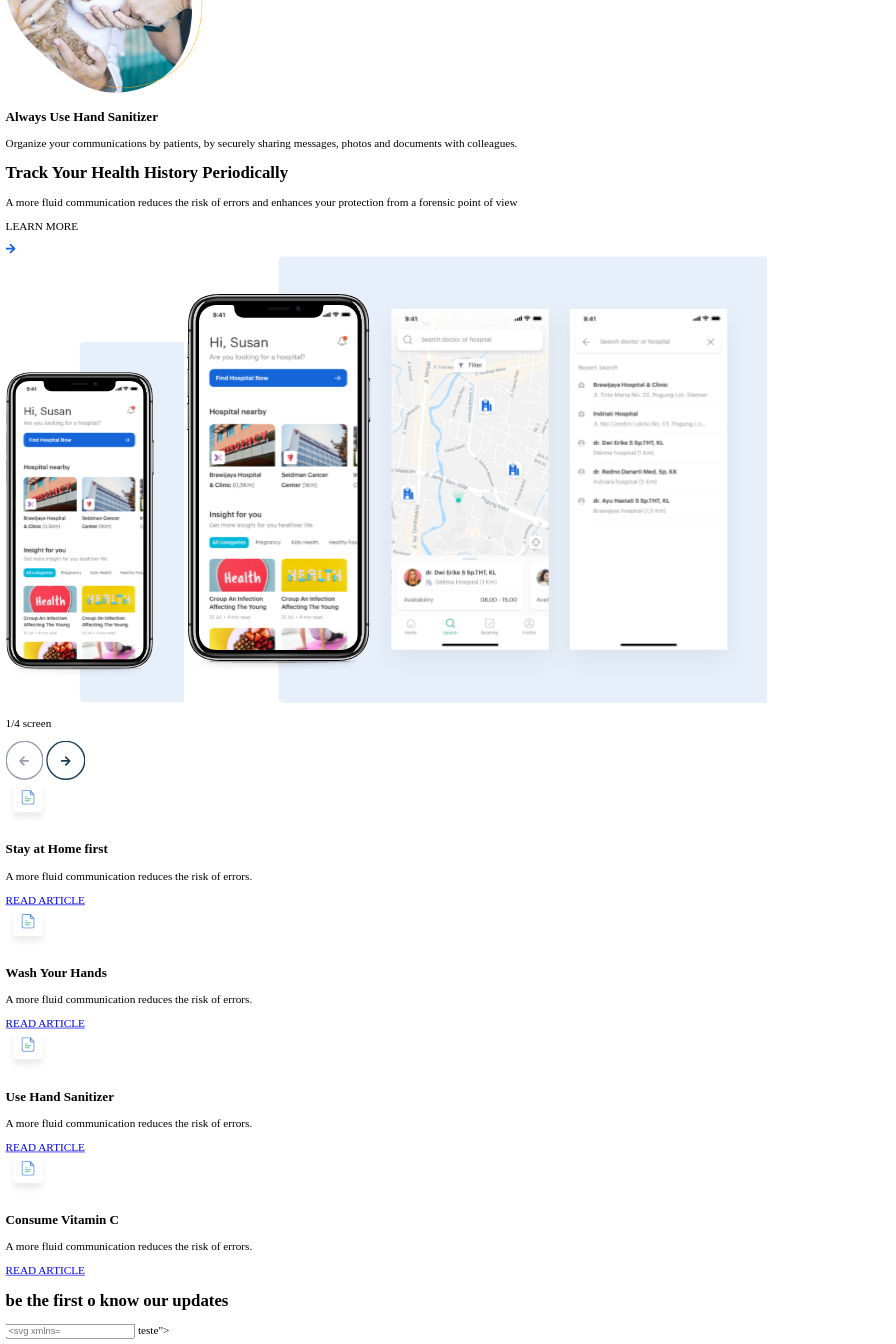
Repository: Esttevo/prova-html-css
Page: index.html
The author's editor kept a copy of each file at every save. The page is drawn from the files as they stood at one save, then again after the next save.
The browser window is 1280 px wide. The pictures show the part of the page from y = 3453 to 5373 px (the page is 5373 px tall before and 5370 px after), at 70% of full size.
A picture or video elsewhere on the page could not be fetched, so the positions and the page height are approximate.

Above is the page before, as saved 2026-08-31 18:36:34.

### index.html
<!DOCTYPE html>
<html lang="en">
<head>
    <meta charset="UTF-8">
    <meta name="viewport" content="width=device-width, initial-scale=1.0">
    <title>Document</title>
</head>
<body>
    <header>
        <img id="header-logo" src="img/icons/Logo.svg" alt="Logo escrita EHYA">

        <nav id="header-nav">
            <a class="no-chevron" href="#">Home</a>
            <a class="with-chevron" href="#">
                Landings
                <img src="img/icons/icon-chevron-down.svg" alt="indica que possui uma lista ao clicar">
            </a>
            <a class="with-chevron" href="#">
                Pages
                <img src="img/icons/icon-chevron-down.svg" alt="indica que possui uma lista ao clicar">
            </a>
            <a href="#">Docs</a>
            <a href="#">Help</a>
            <button>Get it now</button>
        </nav>

        <img src="img/icons/icon-menu-hamburger.svg" alt="Menu hamburger">
    </header>

    <main>
        <section id="section-hero">
            <div id="hero-text">
                <div class="estilization-bar"></div>

                <h4>
                    Changing the way you
                    go to healthcare
                </h4>

                <h1>
                    Primary Care
                    Designed for
                    Real Life
                </h1>

                <p>
                 Discuss patients,
                 share notes and documents
                 in a secure manner and be part
                 of a network of health professionals ready to
                 collaborate better.
                </p>

                <div id="subscribe">
                    <p id="email">
                        name@youremail.com
                    </p>

                    <button>
                        Subscribe
                    </button>
                </div>
            </div>
            <img src="img/image-hero.png" alt="4 medicos sorrindo e uma medica sobrepondo os 4">
        </section>

        <section id="section-connect">
            <div id="connect-tittle-subtittle">
                <h2>
                    Connect easily. Collaborate efficiently.
                </h2>

                 <p>
                    Rather than do things the
                    ypical way, we’ve created
                    a membership-based primary
                    care practice truly designed
                    around your needs.
                </p>
            </div>

           <img src="img/Dashboard.svg" alt="dashboard de exemplo de um sistema de agendamento">

           <div id="first-card-advantages">
                <h2>01</h2>
                <h3>For Doctor</h3>
                <p>
                    You get an in-house
                    team to guide and advocate
                    for you through questions
                </p>
           </div>

           <div id="second-card-advantages">
                <h2>02</h2>
                <h3>For Patient</h3>
                <p>
                    You get an in-house
                    team to guide and advocate
                    for you through questions
                </p>
           </div>

           <div id="third-card-advantages">
                <h2>03</h2>
                <h3>For Clinician</h3>
                <p>
                    You get an in-house
                    team to guide and advocate
                    for you through questions
                </p>
           </div>
        </section>

        <section id="section-protect">
            <h2>
                Protect yourself and your family first.
            </h2>

            <div id="protect-content-tips">
                <div class="content-tips-card">
                    <img src="img/icons/icon-house.svg" alt="Casa">

                    <h3>
                        Stay at Home first
                    </h3>

                    <p>
                        Our technology makes
                        it practically impossible
                        for any patient data breach to occur
                    </p>
                </div>

                <div class="content-tips-card">
                    <img src="img/icons/icon-hand.svg" alt="Lavando a mao">

                    <h3>
                        Wash Your Hands Periodically
                    </h3>

                    <p>
                        You can talk freely and confidently
                        about patients with other health professionals
                         treating them
                    </p>
                </div>

                <div class="content-tips-card">
                    <img src="img/icons/icon-remedy.svg" alt="pilula de remedio">

                    <h3>
                        Consume more Vitamin C
                    </h3>

                    <p>
                        A more fluid communication reduces
                        the risk of errors and enhances your
                        protection from a forensic point of view
                    </p>
                </div>

                <div class="content-tips-card">
                    <img src="img/icons/icon-medicament.svg" alt="Caixa de remedio">

                    <h3>
                        Always Use Hand Sanitizer
                    </h3>

                    <p>
                        Organize your communications
                        by patients, by securely sharing
                        messages, photos and documents
                        with colleagues.
                    </p>
                </div>
            </div>
        </section>

        <section id="section-modern">
            <h2>
                Modern clinics.
                Smart, hassle
                -free care.
            </h2>

            <div id="first-and-second-content">
                <div class="modern-content-img-text">
                    <img src="img/image-medic.svg" alt="equipamentos de medico">
                    <h3>
                        Consume more Vitamin C
                    </h3>

                    <p>
                        A more fluid communication reduces
                        the risk of errors and enhances your
                        protection from a forensic point of view
                    </p>
                </div>

                <div class="modern-content-img-text">
                    <img src="img/image-kid.png" alt="Criança caminhando de mão dada">
                    <h3>
                        Wash Your Hands Periodically
                    </h3>

                    <p>
                        You can talk freely and confidently
                        about patients with other health professionals
                         treating them
                    </p>
                </div>
            </div>

            <div id="third-and-fourth-content">
                <div class="modern-content-img-text">
                    <img src="img/image-dog.png" alt="cachorro tomando agua no colo">
                    <h3>
                        Always Use Hand Sanitizer
                    </h3>

                    <p>
                        Organize your communications
                        by patients, by securely sharing
                        messages, photos and documents
                        with colleagues.
                    </p>
                </div>
            </div>
        </section>

        <section id="section-health">
            <div class="health-content-text">
                <div class="estilization-bar"></div>

                <h2>
                     Track Your Health
                     History Periodically
                </h2>

                <p>
                 A more fluid communication reduces
                 the risk of errors and enhances your
                 protection from a forensic
                 point of view
                </p>

                <div id="learn-more">
                     <p>LEARN MORE</p>
                     <img src="img/icons/icon-arrow-right.svg" alt="seta para a direita, clique para ler mais">
                </div>
            </div>

           <img id="image-mobile" src="img/image-health-mobile.svg" alt="iphone em um site de localização de hospitais com mapa e busca">
            <img id="image-desktop" src="img/image-health-desktop.svg" alt="iphone em um site de localização de hospitais com mapa e busca">
           <div id="count-pages">
                <p>1/4 screen</p>

                <div id="img-arrow">
                    <img src="img/icons/icon-button-left.svg" alt="botão para tela da esquerda">
                    <img src="img/icons/icon-button-right.svg" alt="botão para tela da direita">
                </div>
           </div>
        </section>

        <section id="section-resources">
            <article class="selected-resources-card">
                <img src="img/icons/icon-docs.png" alt="simbolo de documento">

                <h3>Stay at Home first</h3>

                <p>
                    A more fluid communication
                    reduces the risk of errors.
                </p>

                <a href="#">
                    READ ARTICLE
                </a>
            </article>

            <article class="resources-card">
                <img src="img/icons/icon-docs.png" alt="simbolo de documento">

                <h3>
                    Wash Your Hands
                </h3>

                <p>
                    A more fluid communication
                    reduces the risk of errors.
                </p>

                <a href="#">
                    READ ARTICLE
                </a>
            </article>

            <article class="resources-card">
                <img src="img/icons/icon-docs.png" alt="simbolo de documento">

                <h3>Use Hand Sanitizer</h3>

                <p>
                    A more fluid communication
                    reduces the risk of errors.
                </p>

                <a href="#">
                    READ ARTICLE
                </a>
            </article>

            <article class="resources-card">
                <img src="img/icons/icon-docs.png" alt="simbolo de documento">

                <h3>Consume Vitamin C</h3>

                <p>
                    A more fluid communication
                    reduces the risk of errors.
                </p>

                <a href="#">
                    READ ARTICLE
                </a>
            </article>
        </section>

        <section id="section-updates">
            <h2>be the first o know our updates</h2>

            <form action="#">

                <input  type="text" id="name" name="name" placeholder="<svg xmlns="http://www.w3.org/2000/svg" viewBox="0 0 640 640"><!--!Font Awesome Free v7.3.1 by @fontawesome - https://fontawesome.com License - https://fontawesome.com/license/free Copyright 2026 Fonticons, Inc.--><path d="M320 312C386.3 312 440 258.3 440 192C440 125.7 386.3 72 320 72C253.7 72 200 125.7 200 192C200 258.3 253.7 312 320 312zM290.3 368C191.8 368 112 447.8 112 546.3C112 562.7 125.3 576 141.7 576L498.3 576C514.7 576 528 562.7 528 546.3C528 447.8 448.2 368 349.7 368L290.3 368z"/></svg> teste">
            </form>
        </section>
    </main>
</body>
</html>

After the next save:
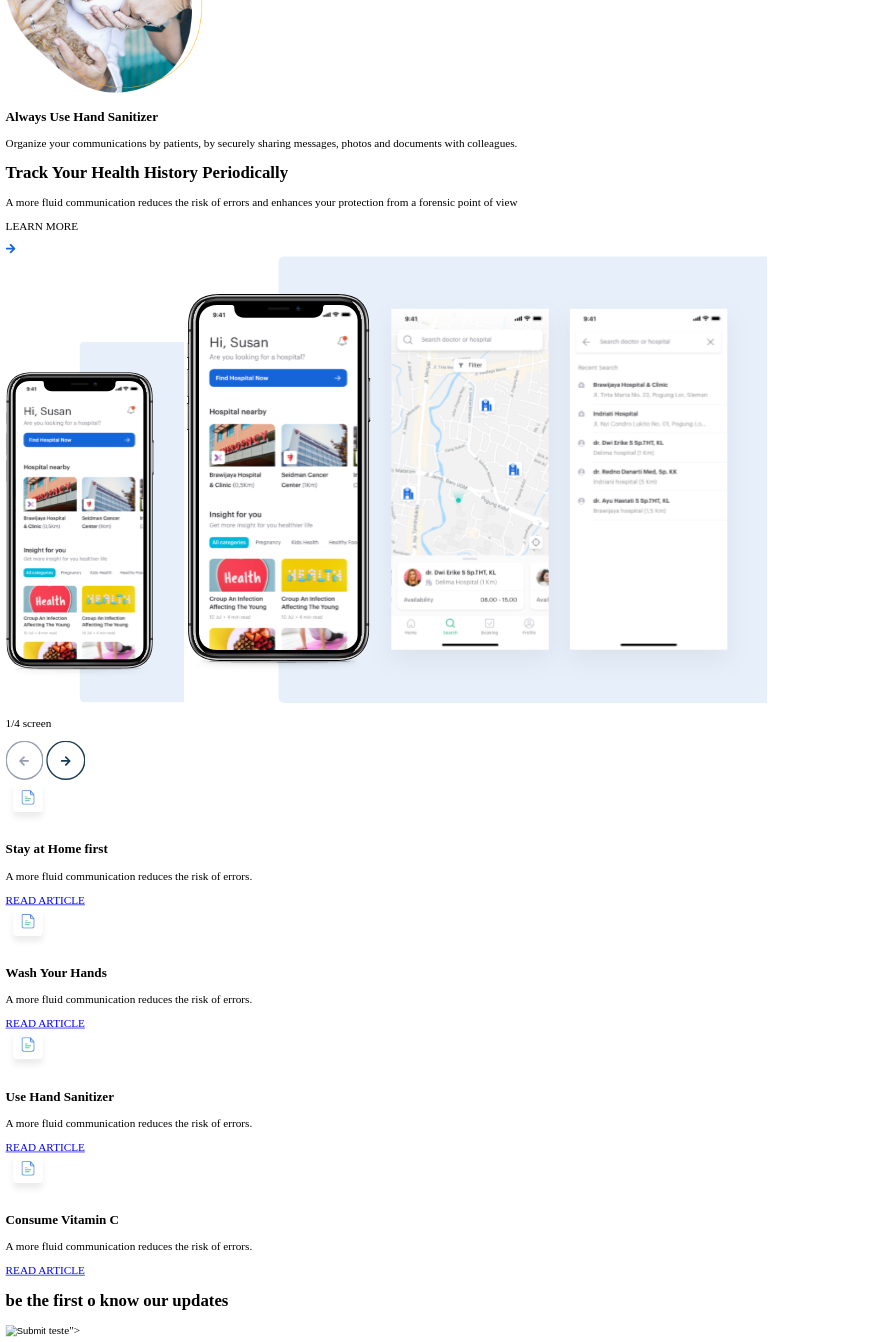
Saved 23 s later.
--- a/index.html
+++ b/index.html
@@ -332,7 +332,7 @@
 
             <form action="#">
 
-                <input  type="text" id="name" name="name" placeholder="<svg xmlns="http://www.w3.org/2000/svg" viewBox="0 0 640 640"><!--!Font Awesome Free v7.3.1 by @fontawesome - https://fontawesome.com License - https://fontawesome.com/license/free Copyright 2026 Fonticons, Inc.--><path d="M320 312C386.3 312 440 258.3 440 192C440 125.7 386.3 72 320 72C253.7 72 200 125.7 200 192C200 258.3 253.7 312 320 312zM290.3 368C191.8 368 112 447.8 112 546.3C112 562.7 125.3 576 141.7 576L498.3 576C514.7 576 528 562.7 528 546.3C528 447.8 448.2 368 349.7 368L290.3 368z"/></svg> teste">
+                <input  type="image" id="name" name="name" placeholder="<svg xmlns="http://www.w3.org/2000/svg" viewBox="0 0 640 640"><!--!Font Awesome Free v7.3.1 by @fontawesome - https://fontawesome.com License - https://fontawesome.com/license/free Copyright 2026 Fonticons, Inc.--><path d="M320 312C386.3 312 440 258.3 440 192C440 125.7 386.3 72 320 72C253.7 72 200 125.7 200 192C200 258.3 253.7 312 320 312zM290.3 368C191.8 368 112 447.8 112 546.3C112 562.7 125.3 576 141.7 576L498.3 576C514.7 576 528 562.7 528 546.3C528 447.8 448.2 368 349.7 368L290.3 368z"/></svg> teste">
             </form>
         </section>
     </main>

After the save that followed:
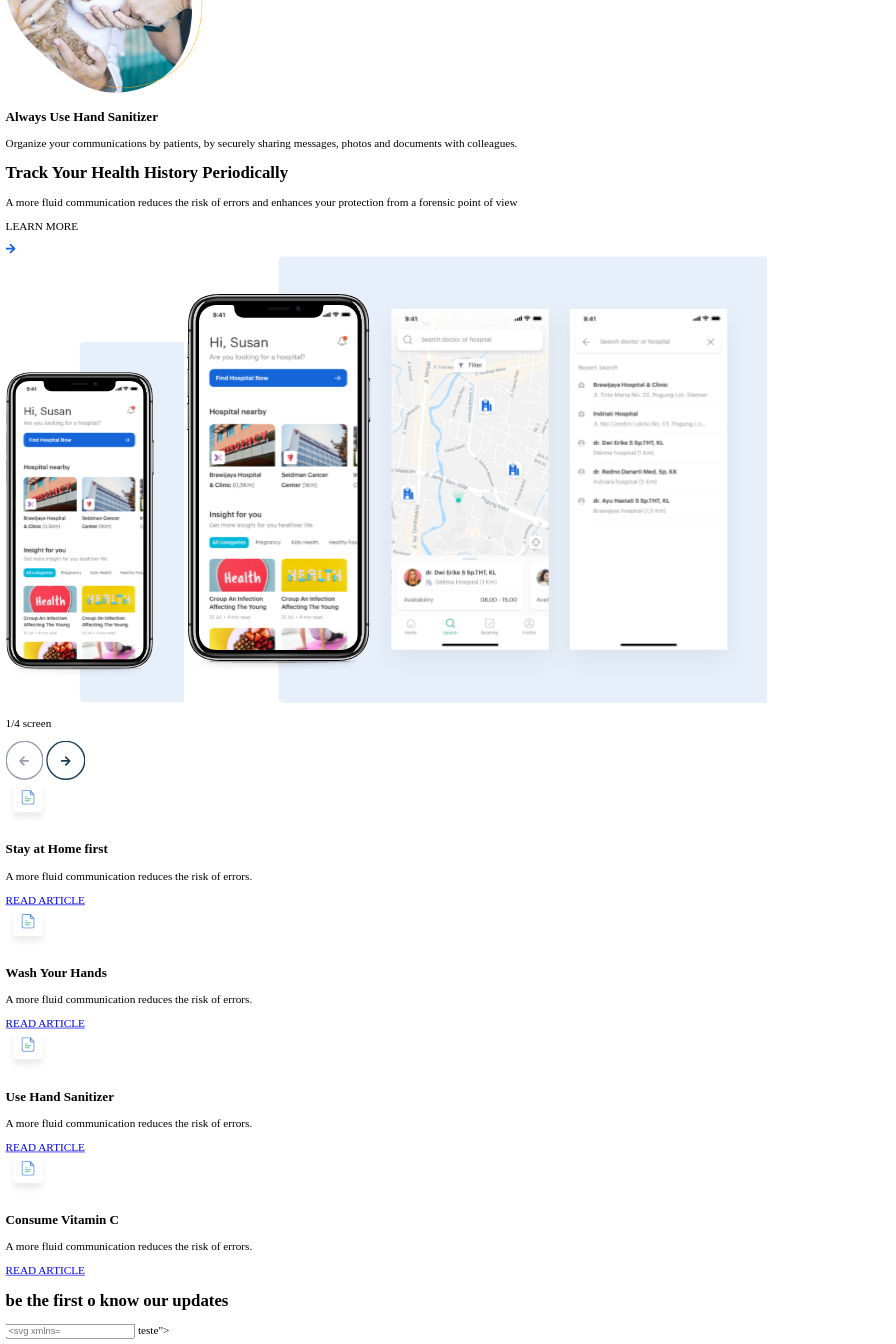
Saved 6 s later.
--- a/index.html
+++ b/index.html
@@ -332,7 +332,7 @@
 
             <form action="#">
 
-                <input  type="image" id="name" name="name" placeholder="<svg xmlns="http://www.w3.org/2000/svg" viewBox="0 0 640 640"><!--!Font Awesome Free v7.3.1 by @fontawesome - https://fontawesome.com License - https://fontawesome.com/license/free Copyright 2026 Fonticons, Inc.--><path d="M320 312C386.3 312 440 258.3 440 192C440 125.7 386.3 72 320 72C253.7 72 200 125.7 200 192C200 258.3 253.7 312 320 312zM290.3 368C191.8 368 112 447.8 112 546.3C112 562.7 125.3 576 141.7 576L498.3 576C514.7 576 528 562.7 528 546.3C528 447.8 448.2 368 349.7 368L290.3 368z"/></svg> teste">
+                <input  type="text" id="name" name="name" placeholder="<svg xmlns="http://www.w3.org/2000/svg" viewBox="0 0 640 640"><!--!Font Awesome Free v7.3.1 by @fontawesome - https://fontawesome.com License - https://fontawesome.com/license/free Copyright 2026 Fonticons, Inc.--><path d="M320 312C386.3 312 440 258.3 440 192C440 125.7 386.3 72 320 72C253.7 72 200 125.7 200 192C200 258.3 253.7 312 320 312zM290.3 368C191.8 368 112 447.8 112 546.3C112 562.7 125.3 576 141.7 576L498.3 576C514.7 576 528 562.7 528 546.3C528 447.8 448.2 368 349.7 368L290.3 368z"/></svg> teste">
             </form>
         </section>
     </main>
